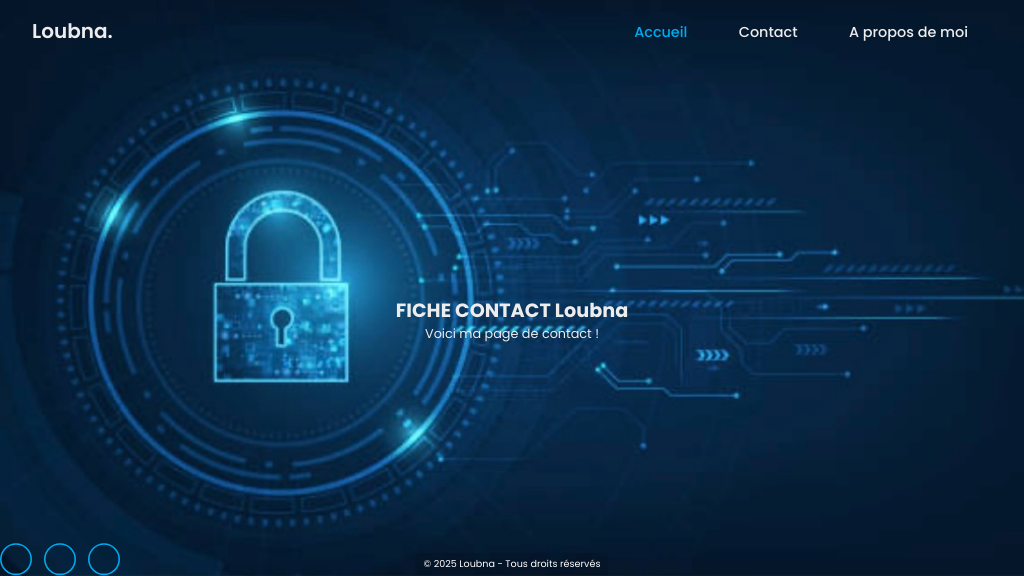
Repository: Loubna77290/Portfolio-de-Loubna
Page: contact.html
An editor plug-in stored every save of this project. The page is shown before and after the next save, followed by the edit.
The browser window is 1280 px wide. The pictures show the whole page, at 80% of full size.

Above is the page before, as saved 2025-03-10 22:17:43.

### contact.html
<!DOCTYPE html>
<html lang="en">
<head>
    <meta charset="UTF-8">
    <meta name="viewport" content="width=device-width, initial-scale=1.0">
    <title>Fiche contact</title>
    <link rel="stylesheet" href="style.css">
</head>
<body>

  <header class="header">
        <a href="#" class="logo">Loubna.</a>

        <nav class="navbar">
            <a href="/index.html"class="active">Accueil</a>
            <a href="/contact.html" target="_blank">Contact</a>
            <a href="#">A propos de moi</a>
        </nav>
    </header>

    <section class="contact-background">
        <div class="contact-contenu">
        <h1>FICHE CONTACT Loubna</h1>
        <p>Voici ma page de contact !</p>


    </div>
    </section>

    <div class="home-sci">
        <a href=""><i class='bx bxl-instagram'></i></a>
        <a href="#"><i class='bx bxl-twitter'></i></a>
        <a href="https://www.linkedin.com/in/loubna-m-baaa031a6/"target="_blank"><i class='bx bxl-linkedin'></i></a>
     </div>
</body>

    <footer>
        <p>&copy; 2025 Loubna - Tous droits réservés </p>
       </footer>
</html>

### style.css
@import url('https://fonts.googleapis.com/css2?family=Poppins:wght@300;400;500;600;700;800;900&display=swap');

* {
    margin: 0;
    padding: 0;
    box-sizing: border-box;
    font-family: 'Poppins', sans-serif;

}

body {
    background: #081b29;
    color: #ededed;

}

.header {
    position:fixed;
    top: 0;
    left:0;
    width: 100%;
    padding: 20px 10px;
    background: transparent;
    display: flex;
    justify-content: space-between;
    align-items: center;
    z-index: 100;
}


.logo {
    position: relative;
    margin-left: 30px;
    font-size: 25px;
    color: #ededed;
    text-decoration: none;
    font-weight: 600;

}

.logo::before {
    content: '';
    position: absolute;
    top: 0;
    right: 0;
    width: 100%;
    height: 100%;
    background: #081b29b6;
    animation: showRight 1s ease forwards;
    animation-delay: .4s;;
}

.navbar a {
    font-size: 18px;
    color: #ededed;
    text-decoration: none;
    font-weight: 500;
    margin-right: 60px;
    justify-content: flex-end;
    transition: .3s;

}

.navbar a:hover,
.navbar a.active {
    color: #00abf0;

}

.accueil {
    position: relative;
    height: 100vh;
    background: url(./IMG_7408.jpg) no-repeat center center;
    background-size: cover;
    display: flex;
    align-items: center;
    padding: 0 10%;

}

.accueil-contenu {
    background: transparent;
    max-width: 600px;


    }

.accueil-contenu h2 {
    font-size: 45px;
    font-weight: 700;
    line-height: 1.2;
    white-space: nowrap;
}

.accueil-contenu h2::before {
    content: '';
    position: absolute;
    top: 0;
    right: 0;
    width: 100%;
    height: 100%;
    background: #081b29;
    animation: showRight 1s ease forwards;
    animation-delay: 1s;
}

.accueil-contenu h3 {
    font-size: 30px;
    font-weight: 600;
    color: #0ff;

}

.accueil-contenu p {
    font-size: 16px;
    margin: 20px  0 40px;
    line-height: 1.2;
}

.accueil-contenu .btn-box {
    position: relative;
    display: flex;
    justify-content: space-between;
    width: 380px;
    height: 60px;

}

.accueil-contenu .btn-box::before {
    content: '';
    position: absolute;
    top: 0;
    right: 0;
    width: 100%;
    height: 100%;
    background: #081b294d;
    animation: showRight 1s ease forwards;
    animation-delay: 1.9s;
    z-index: 2;
}

.btn-box a {
    position: relative;
    display: inline-flex;
    justify-content: center;
    align-items: center;
    width: 150px;
    height: 110%;
    background: #00abf0;
    border: 2px solid #00abf0;
    border-radius: 8px;
    font-size: 19px;
    color: #081b29;
    text-align: center;
    text-decoration: none;
    font-weight: 600;
    letter-spacing: 1px;
    z-index: 1;
    overflow: hidden;
    transition: .5s;
}

.btn-box a:hover {
    color: #00abf0;

}

.btn-box a:nth-child(2) {
    background: transparent;
    color:#00abf0
}

.btn-box a:nth-child(2):hover {
    color:#081b29;
}


.btn-box a:nth-child(2)::before {
    background: #00abf0;
    }

.btn-box a::before {
    content: '';
    position: absolute;
    top: 0;
    left: 0;
    width: 0;
    height: 100%;
    background: #081b29;
    z-index: -1;
    transition: .5s;
}

.btn-box a:hover::before {
    width: 100%;
    }

.home-sci {
    position: absolute;
    bottom: 1px;
    width: 150px;
    display: flex;
    justify-content: space-between;
}

.home-sci::before {
    content: '';
    position: absolute;
    top: 0;
    right: 0;
    width: 100%;
    height: 100%;
    background: #081b29;
    animation: showRight 1s ease forwards;
    animation-delay: 2.5s;
    z-index: 2;
}

.home-sci a {
    position: relative;
    display: inline-flex;
    justify-content: center;
    align-items: center;
    width: 40px;
    height: 40px;
    background: transparent;
    border: 2px solid #00abf0;
    border-radius: 50%;
    font-size: 20px;
    text-decoration: none;
    z-index: 1;
    overflow: hidden;
    transition: .5s;
    color: #00abf0;
}

.home-sci a:hover {
    color: #081b29;

}
.home-sci a::before {
    content: '';
    position: absolute;
    top: 0;
    left: 0;
    width: 0;
    height: 100%;
    background:#00abf0;
    transition: .5s;
    z-index: -1;
}

.home-sci a:hover::before {
    width: 100%;
}

/* KEYFRAMES ANIMATION */
@keyframes showRight {
    100% {
        width: 0;
    }
}

.contact-background  {
    background: url('IMG_7400.jpg');
    height: 100vh;
    background-size: cover;
    display: flex;
}

.contact-contenu {
    display: flex;
    flex-direction: column;
    justify-content: center;
    align-items: center;
    text-align: center;
    margin-top: 80px;
    width: 100%;
}

/* footer page à propos de moi  */
footer {
    position: absolute;
    bottom: 1px;
    left: 50%;
    transform: translate(-50%);
    background: rgba(0, 0, 0, 0.116);
    color: white;
    padding: 5px 10px;
    font-size: 12px;
    border-radius: 5px;
    z-index: 10;
}

.about-background  {
    background: url('IMG_7400.jpg');
    height: 100vh;
    background-size: cover;
    display: flex;
}

/* contenu de la page à propos de moi  */
.about-content {
    display: flex;
    flex-direction: column;
    justify-content: baseline;
    margin-top: 40px;
    width: 100%;
}

.about-content h1 {
    font-weight: 900;
    color: #ededed;
   margin-left: 120px;
}

.about-content p {
    padding: 30px;
    color: #ffff;
    text-align: left;
}

.about-content h2 {
    font-weight: 900;
    color: #ededed;
   margin-left: 100px;
}

.about-background {
    display: flex;
    justify-content: space-between;
    align-items:flex-start;
    padding: 50px;
}
.about-content {
    width: 55%;
}

.about-skills {
    margin: 100px;
    width: 40%;
    background: rgba(255,255,255,0.1);
    padding: 20px;
    border-radius: 10px;

}

.about-skills h2 {
    color: #00abf0;
    margin-bottom: 10px;
}

.about-skills ul {
    list-style: none;
    padding: 0;

}

.about-skills li {
    font-size: 16px;
    margin-bottom: 25px;
 }

 .about-content {
    opacity: 0;
    animation: fadeIn 1s ease-in forwards;
    animation-delay: 1s;
 }

 .about-skills {
     opacity: 0;
     animation: fadeIn 1s ease-in forwards;
     animation-delay: 3s;
    }

    /* mise en place d'animation avec keyframe  */

    @keyframes fadeIn {
        from{
            opacity: 0;
            transform: translateY(20px);
        }
        to {
            opacity: 1;
            transform: translateY(0);
        }
    }








 }:before {
        content: '';
        position: absolute;
        top: 0;
        right: 0;
        width: 100%;
        height: 100%;
        background: #081b294d;
        animation: showRight 1s ease forwards;
        animation-delay: 19s;
        z-index: 2;
         }

After the next save:
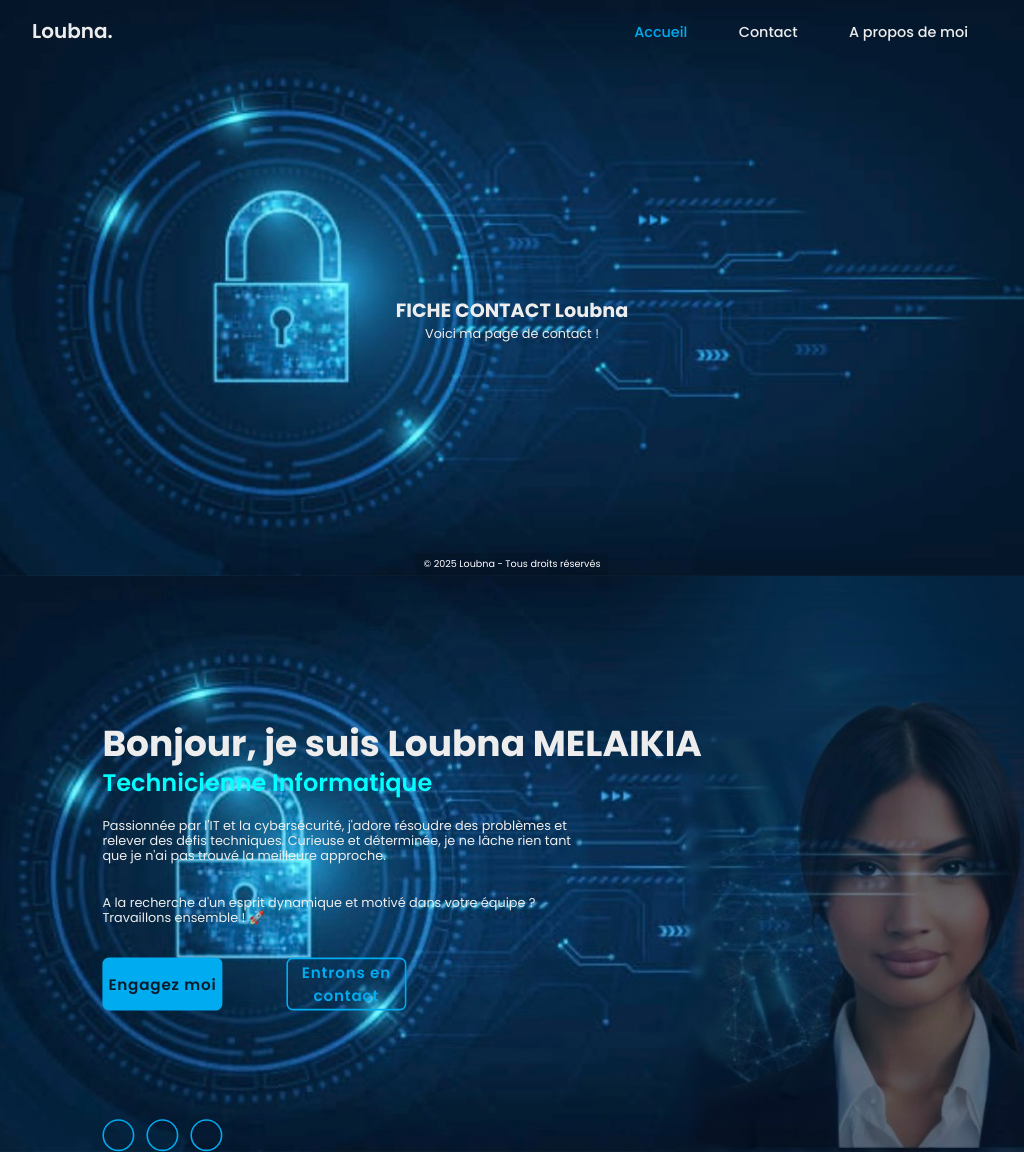
Saved 105 s later.
--- a/contact.html
+++ b/contact.html
@@ -27,11 +27,25 @@
     </div>
     </section>
 
-    <div class="home-sci">
-        <a href=""><i class='bx bxl-instagram'></i></a>
-        <a href="#"><i class='bx bxl-twitter'></i></a>
-        <a href="https://www.linkedin.com/in/loubna-m-baaa031a6/"target="_blank"><i class='bx bxl-linkedin'></i></a>
-     </div>
+    <section class="accueil">
+        <div class="accueil-contenu">
+            <h2>Bonjour, je suis Loubna MELAIKIA</h2>
+            <h3>Technicienne Informatique</h3>
+                <p> Passionnée par l'IT et la cybersécurité, j'adore résoudre des problèmes et relever des défis techniques.
+                    Curieuse et déterminée, je ne lâche rien tant que je n'ai pas trouvé la meilleure approche.  <br>
+                  <p>  A la recherche d'un esprit dynamique et motivé dans votre équipe ? Travaillons ensemble ! &#128640;</p>
+            <div class="btn-box">
+                <a href="#">Engagez moi</a>
+                <a href="#">Entrons en contact</a>
+            </div>
+         </div>
+
+         <div class="home-sci">
+            <a href=""><i class='bx bxl-instagram'></i></a>
+            <a href="#"><i class='bx bxl-twitter'></i></a>
+            <a href="https://www.linkedin.com/in/loubna-m-baaa031a6/"target="_blank"><i class='bx bxl-linkedin'></i></a>
+         </div>
+        </section>
 </body>
 
     <footer>

After the save that followed:
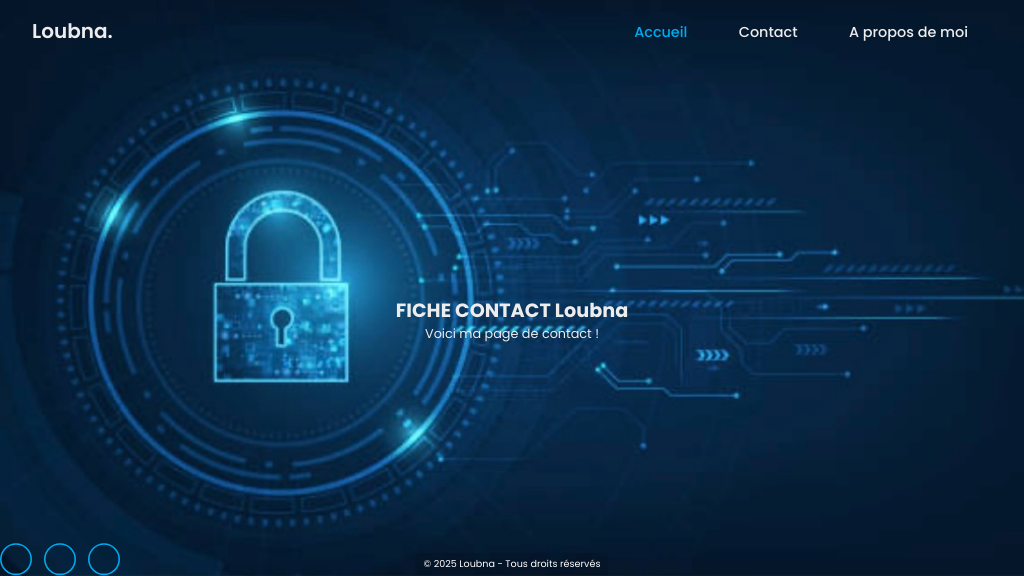
Saved 34 s later.
--- a/contact.html
+++ b/contact.html
@@ -27,25 +27,11 @@
     </div>
     </section>
 
-    <section class="accueil">
-        <div class="accueil-contenu">
-            <h2>Bonjour, je suis Loubna MELAIKIA</h2>
-            <h3>Technicienne Informatique</h3>
-                <p> Passionnée par l'IT et la cybersécurité, j'adore résoudre des problèmes et relever des défis techniques.
-                    Curieuse et déterminée, je ne lâche rien tant que je n'ai pas trouvé la meilleure approche.  <br>
-                  <p>  A la recherche d'un esprit dynamique et motivé dans votre équipe ? Travaillons ensemble ! &#128640;</p>
-            <div class="btn-box">
-                <a href="#">Engagez moi</a>
-                <a href="#">Entrons en contact</a>
-            </div>
-         </div>
-
-         <div class="home-sci">
-            <a href=""><i class='bx bxl-instagram'></i></a>
-            <a href="#"><i class='bx bxl-twitter'></i></a>
-            <a href="https://www.linkedin.com/in/loubna-m-baaa031a6/"target="_blank"><i class='bx bxl-linkedin'></i></a>
-         </div>
-        </section>
+    <div class="home-sci">
+        <a href=""><i class='bx bxl-instagram'></i></a>
+        <a href="#"><i class='bx bxl-twitter'></i></a>
+        <a href="https://www.linkedin.com/in/loubna-m-baaa031a6/"target="_blank"><i class='bx bxl-linkedin'></i></a>
+     </div>
 </body>
 
     <footer>
